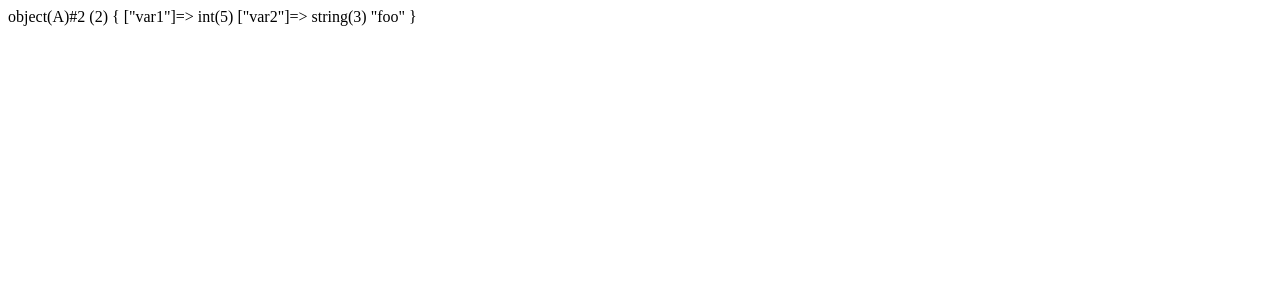
Repository: jyotsna1234/bugappmvc
Page: http://localhost/set_state.php
An editor plug-in stored every save of this project. The page is shown before and after the next save, followed by the edit.
The browser window is 1280 px wide. The pictures show the whole page.
The page is run by PHP 8.4 with error messages shown; the project is at /var/www/html/.

Above is the page before, as saved 2014-04-10 06:46:14.

After the next save:
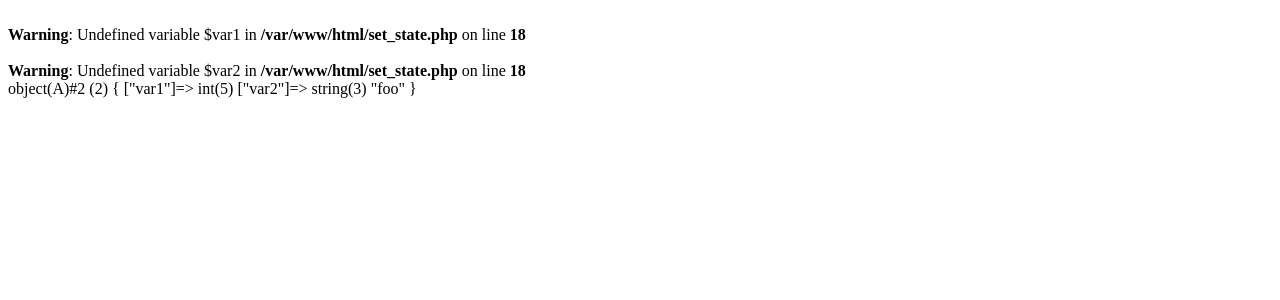
Saved 24 s later.
--- a/oops_php/set_state.php
+++ b/oops_php/set_state.php
@@ -23,6 +23,7 @@ $a = new A;
 $a->var1 = 5;
 $a->var2 = 'foo';
 $a->var3=4;
+$a->values();
 eval('$b = ' . var_export($a, true) . ';'); // $b = A::__set_state(array(
                                             //    'var1' => 5,
                                             //    'var2' => 'foo',
